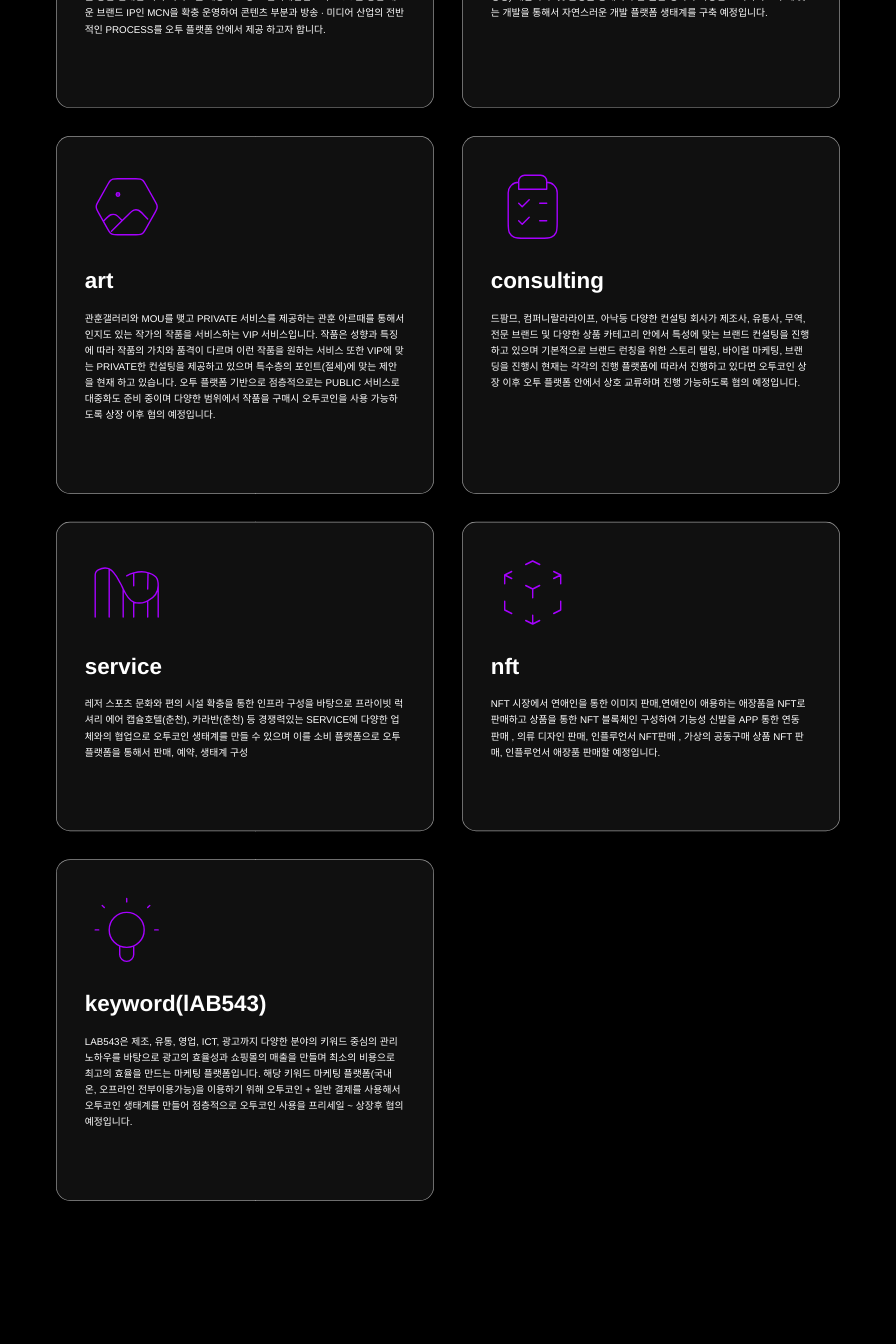
Repository: songhun115/Otwo
Page: service.html
These files come from the project's save history. The page is drawn as it stood at one moment and after the next save; the edit follows.
The browser window is 1280 px wide. The pictures show the part of the page from y = 2158 to 4078 px (the page is 4975 px tall before and 4952 px after), at 70% of full size.

Above is the page before, as saved 2022-11-18 11:42:29.
Not found: js/three.js

After the next save:
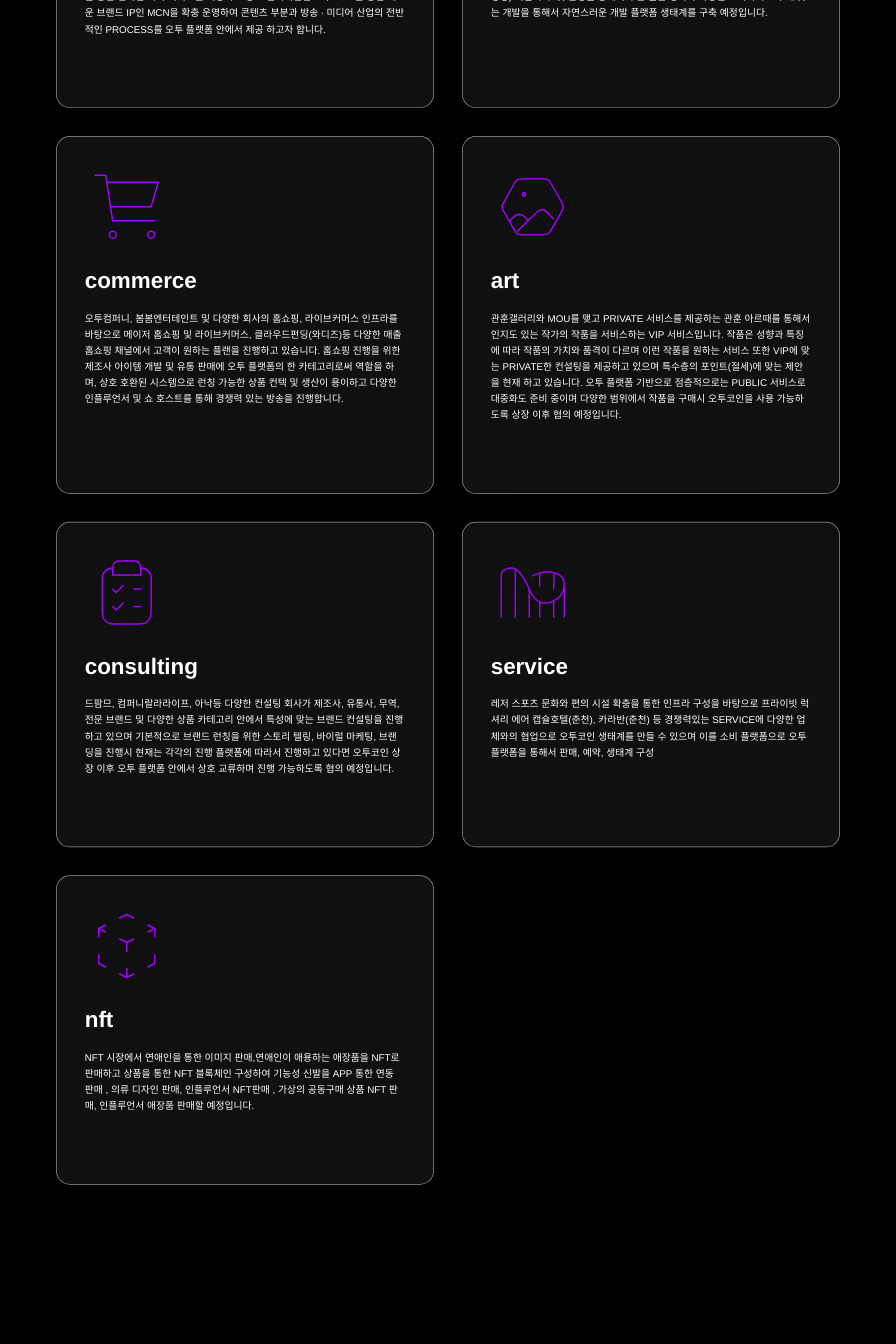
Saved 46 s later.
--- a/service.html
+++ b/service.html
@@ -97,6 +97,14 @@
             </li>
             <li class="platform-item">
                 <div class="platform-img">
+                    <img src="img/commerce.svg" alt="">
+                </div>
+                <div class="platform-category">commerce</div>
+                <div class="platform-con">오투컴퍼니, 봄봄엔터테인트 및 다양한 회사의 홈쇼핑, 라이브커머스 인프라를 바탕으로 메이저 홈쇼핑 및 라이브커머스, 클라우드펀딩(와디즈)등 다양한 매출 홈쇼핑 채널에서 고객이 원하는 플랜을 진행하고 있습니다.
+                    홈쇼핑 진행을 위한 제조사 아이템 개발 및 유통 판매에 오투 플랫폼의 한 카테고리로써 역할을 하며, 상호 호환된 시스템으로 런칭 가능한 상품 컨텍 및 생산이 용이하고 다양한 인플루언서 및 쇼 호스트를 통해 경쟁력 있는 방송을 진행합니다.</div>
+            </li>
+            <li class="platform-item">
+                <div class="platform-img">
                     <img src="img/art.svg" alt="">
                 </div>
                 <div class="platform-category">art</div>
@@ -127,14 +135,7 @@
                 <div class="platform-category">nft</div>
                 <div class="platform-con">NFT 시장에서 연애인을 통한 이미지 판매,연애인이 애용하는 애장품을 NFT로 판매하고 상품을 통한 NFT 블록체인 구성하여 기능성 신발을 APP 통한 연동 판매 , 의류 디자인 판매, 인플루언서 NFT판매 , 가상의 공동구매 상품 NFT 판매,  인플루언서 애장품 판매할 예정입니다.</div>
             </li>
-            <li class="platform-item">
-                <div class="platform-img">
-                    <img src="img/keywrod.svg" alt="">
-                </div>
-                <div class="platform-category">keyword(lAB543)</div>
-                <div class="platform-con">LAB543은 제조, 유통, 영업, ICT, 광고까지 다양한 분야의 키워드 중심의 관리 노하우를 바탕으로 광고의 효율성과 쇼핑몰의 매출을 만들며 최소의 비용으로 최고의 효율을 만드는 마케팅 플랫폼입니다.
-                    해당 키워드 마케팅 플랫폼(국내 온, 오프라인 전부이용가능)을 이용하기 위해 오투코인 + 일반 결제를 사용해서 오투코인 생태계를 만들어 점층적으로 오투코인 사용을 프리세일 ~ 상장후 협의 예정입니다. </div>
-            </li>
+
 
 
         </ul>
